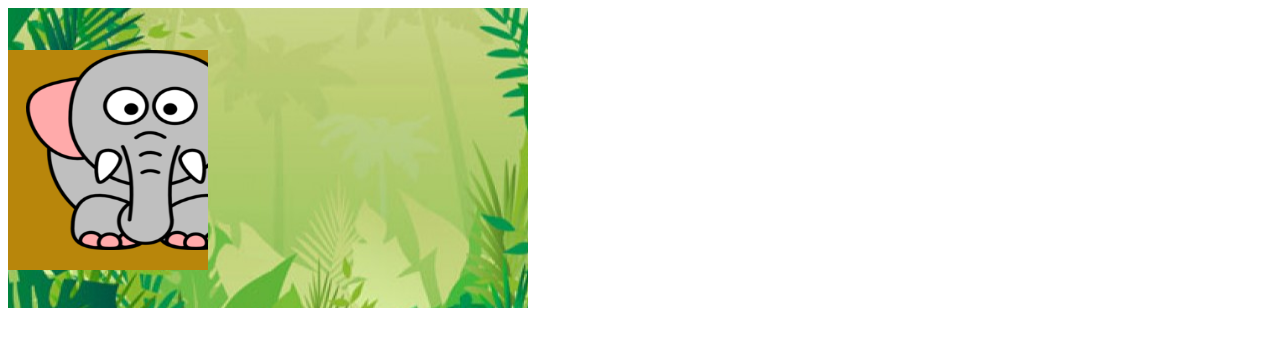
Repository: RathipriyaChandrasekaran/dotlite
Page: ConnectDots/menupage.html
These files come from the project's save history. The page is drawn as it stood at one moment and after the next save; the edit follows.
The browser window is 1280 px wide. The pictures show the whole page.

Above is the page before, as saved 2014-12-14 18:30:08.

After the next save:
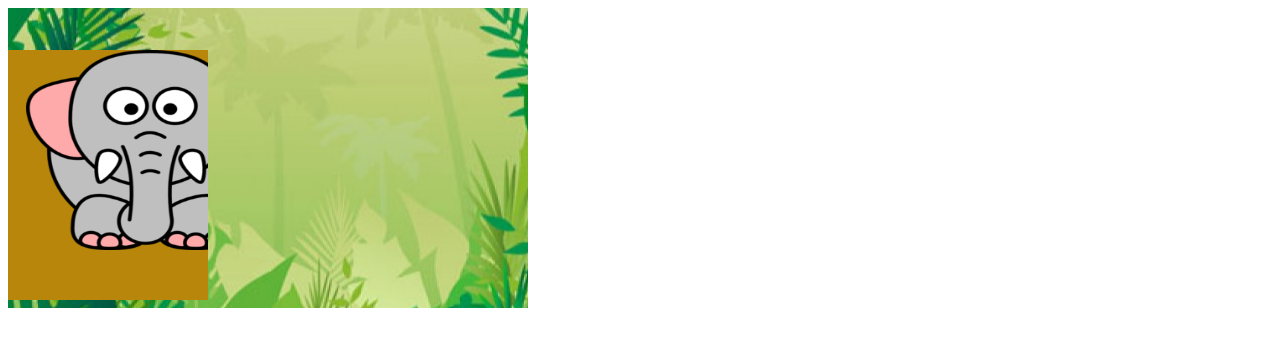
Saved 40 s later.
--- a/ConnectDots/css/appstyle.css
+++ b/ConnectDots/css/appstyle.css
@@ -104,7 +104,7 @@
       cursor: pointer;
       background-color: #B8860B;
       width: 500px;
-      height: 220px;
+      height: 250px;
       position: relative;
     }
 
